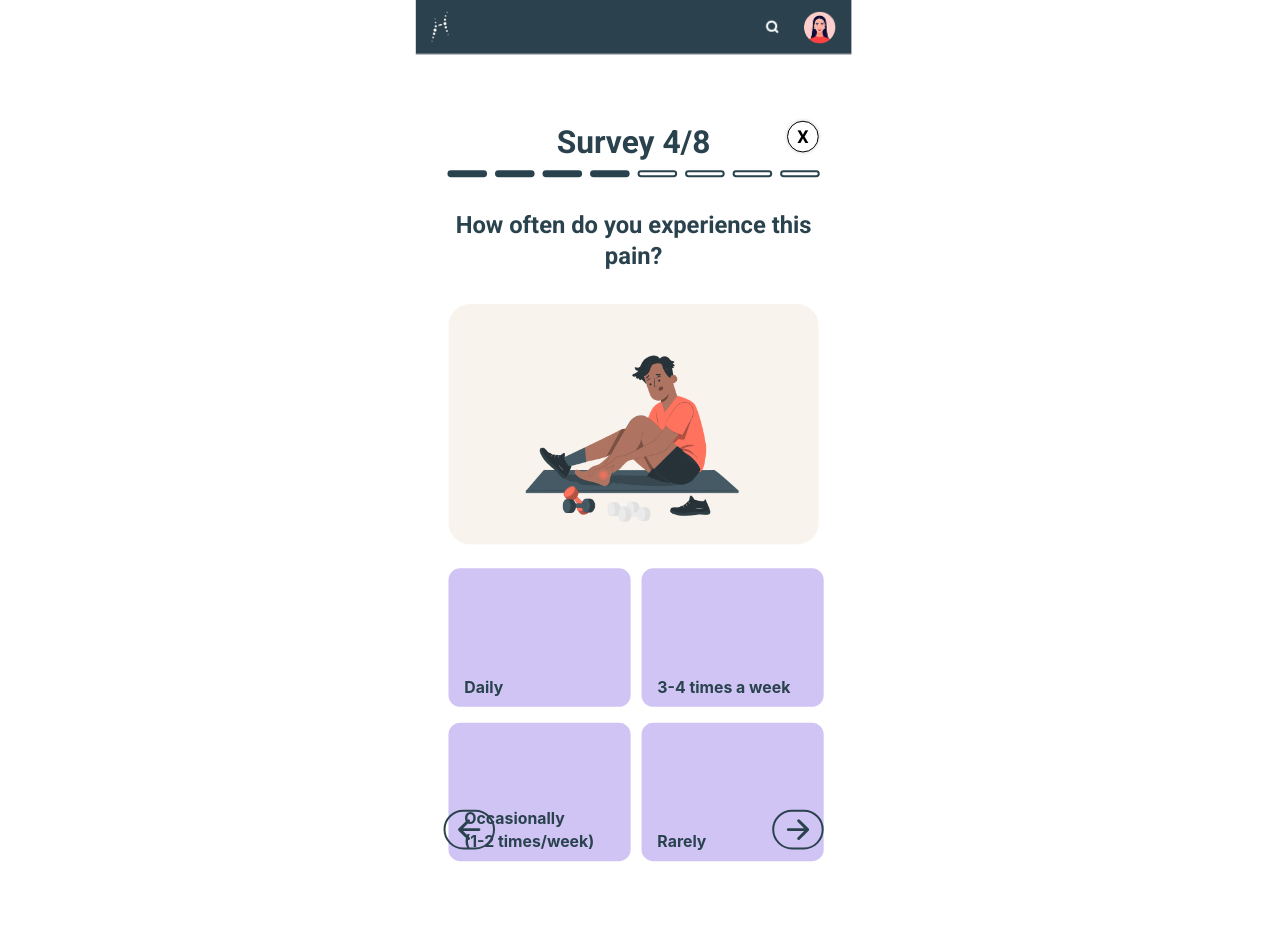
Repository: patcha-d3/heal_u
Page: /onboarding/step-two
These files come from the project's save history. The page is drawn as it stood at one moment and after the next save; the edit follows.
The browser window is 1280 px wide. The pictures show the whole page, at 99% of full size.
The project was rebuilt for these pictures with package versions that can differ from the ones it lists, and the page was loaded fresh each time. The framework's server and built-in components were replaced by stand-ins that run in the browser. Also part of the build but not shown: next.config.js, next.config.mjs, ui/Bottomnav/Bottomnav.module.css, ui/Bottomnav/Bottomnav.js, ui/SurveyProgress/Surveyprogress.css.

Above is the page before, as saved 2025-05-16 21:09:52.

### app/layout.js
"use client";

import { Geist, Geist_Mono } from "next/font/google";
import { Roboto } from "next/font/google";
import "./globals.css";
import { usePathname } from "next/navigation";
import { jsx as _jsxDEV } from "react/jsx-dev-runtime";
import { Fragment as _Fragment } from "react/jsx-runtime";
import { jsxs as _jsxsDEV } from "react/jsx-dev-runtime";
import TopNav from "@ui/Topnav/Topnav";
import Bottomnav from "@ui/Bottomnav/Bottomnav";
import { ThemeProvider, useTheme } from "@context/ThemeContext";

const geistSans = Geist({
	variable: "--font-geist-sans",
	subsets: ["latin"],
});

const geistMono = Geist_Mono({
	variable: "--font-geist-mono",
	subsets: ["latin"],
});

const roboto = Roboto({
	weight: ["300", "400", "500", "700"],
	subsets: ["latin"],
	display: "swap",
});

function ThemedContainer({ children }) {
	const { theme } = useTheme();
	const pathname = usePathname();
	const isHome = pathname === "/home";
	const isStepOne = pathname === "/onboarding/step-one";
	const isReDiagnoseFirst = pathname === "/re-diagnose";
	const bgColor =
		isHome || isStepOne || isReDiagnoseFirst
			? "#29424D"
			: theme === "dark"
			? "#29424D"
			: "#FFFFFF";
	return (
		<div className='min-h-screen w-full flex items-center justify-center'>
			<div
				className={`w-[440px] h-[956px] relative flex flex-col`}
				style={{ background: bgColor }}
			>
				{children}
			</div>
		</div>
	);
}

export default function RootLayout({ children }) {
	const pathname = usePathname();
	const isHome = pathname === "/home";
	const hideNav = pathname.startsWith("/plandetail");
	const showBottomNav =
		!pathname?.includes("/onboarding") &&
		!pathname?.startsWith("/recovery-plan/step-one") &&
		!pathname?.startsWith("/recovery-plan/step-two") &&
		!pathname?.startsWith("/recovery-plan/step-three") &&
		!pathname?.startsWith("/recovery-plan/step-four");
	const isStepOne = pathname?.includes("/onboarding/step-one");
	const isStepTwo = pathname?.includes("/onboarding/step-two");
	const isRecoveryStepOne = pathname?.includes("/recovery-plan/step-one");
	const isRecoveryStepTwo = pathname?.includes("/recovery-plan/step-two");
	const isStepThree = pathname?.includes("/onboarding/step-three");
	const isStepFour = pathname?.includes("/onboarding/step-four");
	const isReDiagnoseFirst = pathname === "/re-diagnose";

	return (
		<html lang='en'>
			<body
				className={`${geistSans.variable} ${geistMono.variable} ${roboto.className} antialiased`}
				suppressHydrationWarning
			>
				<ThemeProvider>
					<ThemedContainer>
						{!hideNav && (
							<TopNav
								isHome={isHome}
							/>
						)}
						<main className='flex-1 overflow-y-auto flex items-center justify-center'>
							{children}
						</main>
						{showBottomNav && (
							<div className='absolute bottom-0 left-0 right-0'>
								<Bottomnav />
							</div>
						)}
					</ThemedContainer>
				</ThemeProvider>
			</body>
		</html>
	);
}

### app/onboarding/step-two/page.js
"use client";

import React, { useState } from "react";
import ButtonSurvey from "@ui/Button-survey/Button-survey";
import Image from "next/image";
import ExitChip from "@ui/Exitchip/Exitchip";
import SurveyProgress from "@ui/SurveyProgress/SurveyProgress";
import ButtonBack from "@ui/Button-back/Button-back";
import ButtonForward from "@ui/Button-forward/Button-forward";
import { useRouter } from "next/navigation";

export default function RootPage() {
	const [selected, setSelected] = useState(null);
	const currentStep = 4;
	const totalSteps = 8;
	const router = useRouter();

	return (
		<div className='w-[406px] h-[800px] relative'>
			<ExitChip className='absolute top-[16px] right-[16px]' />
			<div className='absolute bottom-[48px] left-0 right-0 flex justify-between px-[11px]'>
				<ButtonBack
					onClick={() =>
						router.push(
							"/onboarding/step-one"
						)
					}
				/>
				<ButtonForward
					onClick={() =>
						router.push(
							"/onboarding/step-four"
						)
					}
				/>
			</div>
			<main className='h-full flex flex-col px-4 py-[18px]'>
				<SurveyProgress
					currentStep={currentStep}
					totalSteps={totalSteps}
				/>
				<h2 className='text-2xl font-semibold text-[#29424D] text-center gap-6 mt-8'>
					How often do you experience this pain?
				</h2>

				{/* Image and Button Wrapper */}
				<div className='flex flex-col items-center gap-6 mt-8'>
					<Image
						src='/assets/survey-img.png'
						alt='Survey'
						width={400}
						height={260}
						className='rounded-lg'
					/>

					<div className='grid grid-cols-2 gap-4'>
						<ButtonSurvey
							label='Daily'
							active={
								selected ===
								"Daily"
							}
							onClick={() =>
								setSelected(
									"Daily"
								)
							}
						/>
						<ButtonSurvey
							label='3-4 times a week'
							active={
								selected ===
								"3-4 times a week"
							}
							onClick={() =>
								setSelected(
									"3-4 times a week"
								)
							}
						/>
						<ButtonSurvey
							label={
								<>
									Occasionally
									<br />
									(1-2
									times/week)
								</>
							}
							active={
								selected ===
								"Occasionally (1-2 times/week)"
							}
							onClick={() =>
								setSelected(
									"Occasionally (1-2 times/week)"
								)
							}
						/>
						<ButtonSurvey
							label='Rarely'
							active={
								selected ===
								"Rarely"
							}
							onClick={() =>
								setSelected(
									"Rarely"
								)
							}
						/>
					</div>
				</div>
			</main>
		</div>
	);
}

### ui/Topnav/Topnav.js
"use client";

import React, { useState } from "react";
import styles from "./TopNav.module.css";

export default function TopNav() {
	const [showSearch, setShowSearch] = useState(false);
	const [hasNotification, setHasNotification] = useState(false);

	return (
		<header
			className={styles.topBar}
			style={{
				borderBottom:
					"1px solid rgba(255, 255, 255, 0.5)",
			}}
		>
			<a href='/' className={styles.logoContainer}>
				<img
					src='/assets/logo.png'
					alt='Logo'
					className={styles.logoImg}
				/>
			</a>

			<div className={styles.iconContainer}>
				<div className={styles.searchWrapper}>
					{showSearch && (
						<div
							className={
								styles.searchBox
							}
						>
							<input
								type='text'
								className={
									styles.searchInput
								}
								placeholder='Search...'
								autoFocus
							/>
						</div>
					)}
					<img
						src='/assets/search.png'
						alt='Search'
						className={`${styles.iconImg} ${
							showSearch
								? styles.dark
								: ""
						}`}
						onClick={() =>
							setShowSearch(
								!showSearch
							)
						}
					/>
				</div>

				<div className={styles.avatarContainer}>
					<img
						src={
							hasNotification
								? "/assets/avatar-notification.png"
								: "/assets/avatar.png"
						}
						alt='Avatar'
						className={styles.avatarImg}
					/>
				</div>
			</div>
		</header>
	);
}

### context/ThemeContext.js
"use client";
import React, { createContext, useContext, useState, useEffect } from "react";

const ThemeContext = createContext();

export function ThemeProvider({ children }) {
	const [theme, setTheme] = useState("light");

	useEffect(() => {
		const stored =
			typeof window !== "undefined" &&
			localStorage.getItem("theme");
		if (stored) setTheme(stored);
	}, []);

	useEffect(() => {
		if (typeof window !== "undefined") {
			localStorage.setItem("theme", theme);
		}
	}, [theme]);

	return (
		<ThemeContext.Provider value={{ theme, setTheme }}>
			{children}
		</ThemeContext.Provider>
	);
}

export function useTheme() {
	return useContext(ThemeContext);
}

### ui/Button-survey/Button-survey.js
import React from 'react';
import styles from './Button-survey.module.css';


const ButtonSurvey = ({ label, active, onClick }) => (
  <button
    className={`${styles.surveyButton}${active ? ' ' + styles.active : ''}`}
    onClick={onClick}
  >
    {label}
  </button>
);

export default ButtonSurvey;

### ui/Exitchip/Exitchip.js
import styles from "./Exitchip.module.css";

export default function ExitChip({ className }) {
	return (
		<button className={`${styles.button} ${className || ""}`}>
			X
		</button>
	);
}

### ui/SurveyProgress/SurveyProgress.js
"use client";

import React from "react";
import "./SurveyProgress.css";

const SurveyProgress = ({ currentStep, totalSteps }) => {
	return (
		<div className='flex flex-col items-center gap-2'>
			<div className='text-[32px] leading-[40px] font-roboto font-bold text-[#29424D]'>
				Survey {currentStep}/{totalSteps}
			</div>
			<div className='flex gap-2'>
				{Array.from({ length: totalSteps }).map(
					(_, index) => (
						<div
							key={index}
							className={`w-10 h-[7px] rounded-lg ${
								index <
								currentStep
									? "bg-[#29424D]"
									: "border-2 border-[#29424D]"
							}`}
						/>
					)
				)}
			</div>
		</div>
	);
};

export default SurveyProgress;

### ui/Button-back/Button-back.js
"use client";

import React from "react";
import { IoArrowBack } from "react-icons/io5";
import styles from "./Button-back.module.css";

export default function ButtonBack({ onClick, className = "" }) {
	return (
		<button
			className={`${styles.backButton} ${className}`}
			onClick={onClick}
			aria-label='Go back'
			type='button'
		>
			<IoArrowBack className={styles.arrowIcon} />
		</button>
	);
}

### ui/Button-forward/Button-forward.js
"use client";

import React from "react";
import { IoArrowForward } from "react-icons/io5";
import styles from "./Button-forward.module.css";

export default function ButtonForward({ onClick, className = "" }) {
	return (
		<button
			className={`${styles.forwardButton} ${className}`}
			onClick={onClick}
			aria-label='Go forward'
			type='button'
		>
			<IoArrowForward className={styles.arrowIcon} />
		</button>
	);
}

### ui/Topnav/Topnav.module.css
.topBar {
	width: 440px;
	height: 55px;
	background-color: #2b414d;
	display: flex;
	align-items: center;
	justify-content: space-between;
	padding: 0 16px;
	margin: 0 auto;
	box-sizing: border-box;
	border-bottom: 1px solid #ffffff;
}

.logoImg {
	height: 30.56px;
	cursor: pointer;
}

.iconContainer {
	display: flex;
	align-items: center;
	gap: 16px;
}

.searchWrapper {
	display: flex;
	align-items: center;
	gap: 8px;
	position: relative;
}

.searchBox {
	background-color: white;
	width: 226px;
	height: 32px;
	border-radius: 24px;
	display: flex;
	align-items: center;
	padding: 0 5px;
	gap: 8px;
	transition: all 0.3s ease;
}

.searchInput {
	flex: 1;
	border: none;
	outline: none;
	font-size: 16px;
	background-color: transparent;
}

.iconImg {
	width: 32px;
	height: 32px;
	cursor: pointer;
	filter: brightness(200);
	transition: filter 0.3s ease;
}

.iconImg.dark {
	filter: brightness(0);
}

.avatarContainer {
	width: 32px;
	height: 34px;
	border-radius: 50%;
	overflow: hidden;
}

.avatarImg {
	width: 100%;
	height: 100%;
	object-fit: cover;
}

### ui/Button-survey/Button-survey.module.css
.surveyButton {
    background-color: #CFC4F4;
    color: #29424D;
    font-family: 'Inter', sans-serif;
    font-weight: bold;
    font-size: 16px;
    padding: 8px 16px;
    border: none;
    border-radius: 12px;
    cursor: pointer;
    transition: background-color 0.3s, color 0.3s;
    width: 184px;
    height: 140px;
    display: flex;
    align-items: flex-end;
    justify-content: flex-start;
    text-align: left;
}

.surveyButton.active {
    background-color: #29424D;
    color: #CFC4F4;
}

### ui/Exitchip/Exitchip.module.css
.button {
    background-color: white;
    color: black;
    border: 1px solid black;
    border-radius: 50%;
    width: 32px;
    height: 32px;
    font-size: 18px;
    font-weight: bold;
    text-align: center;
    cursor: pointer;
    box-shadow: 0 0 4px rgba(0,0,0,0.2);
    transition: all 0.2s ease-in-out;
    line-height: 28px;
    padding: 0;
  }

  .button:hover {
    background-color: #f0f0f0;
    border-color: black;
  }

### ui/Button-back/Button-back.module.css
.backButton {
	background: none;
	border: 2px solid #29424d;
	border-radius: 24px;
	padding: 0;
	cursor: pointer;
	outline: none;
	display: flex;
	align-items: center;
	justify-content: center;
	width: 52px;
	height: 40px;
}

.arrowIcon {
	width: 32px;
	height: 32px;
	color: #29424d;
	transition: transform 0.2s ease;
}

.backButton:hover .arrowIcon {
	transform: translateX(-4px);
}

### ui/Button-forward/Button-forward.module.css
.forwardButton {
	background: none;
	border: 2px solid #29424d;
	border-radius: 24px;
	padding: 0;
	cursor: pointer;
	outline: none;
	display: flex;
	align-items: center;
	justify-content: center;
	width: 52px;
	height: 40px;
}

.arrowIcon {
	width: 32px;
	height: 32px;
	color: #29424d;
	transition: transform 0.2s ease;
}

.forwardButton:hover .arrowIcon {
	transform: translateX(4px);
}

Loaded but not shown: app/globals.css (common file)

After the next save:
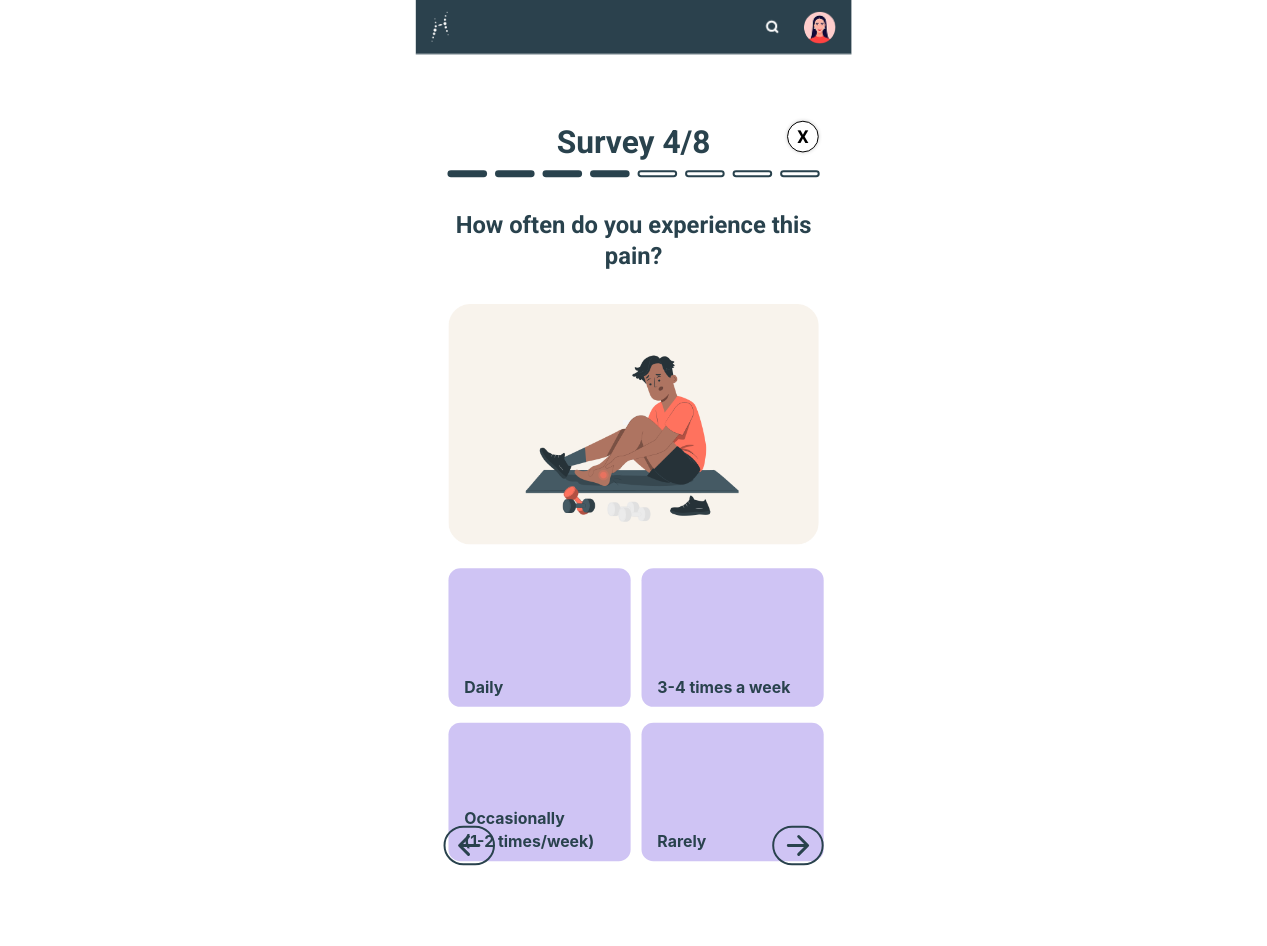
Saved 28 s later.
--- a/app/onboarding/step-two/page.js
+++ b/app/onboarding/step-two/page.js
@@ -18,7 +18,7 @@ export default function RootPage() {
 	return (
 		<div className='w-[406px] h-[800px] relative'>
 			<ExitChip className='absolute top-[16px] right-[16px]' />
-			<div className='absolute bottom-[48px] left-0 right-0 flex justify-between px-[11px]'>
+			<div className='absolute bottom-[32px] left-0 right-0 flex justify-between px-[11px]'>
 				<ButtonBack
 					onClick={() =>
 						router.push(
